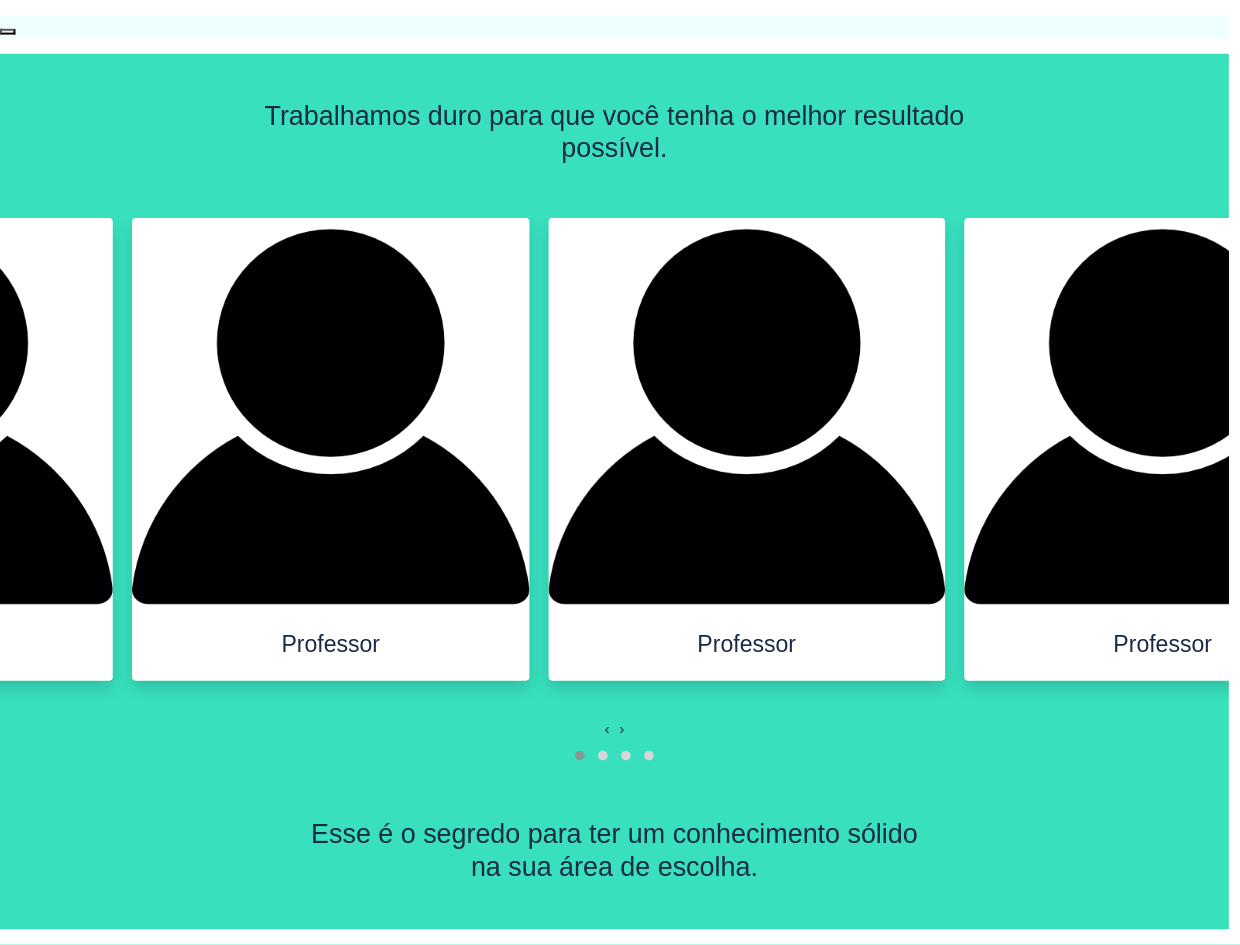
Repository: MarTech-Coders-Planejamento/site-oficial
Page: home.html
The author's editor kept a copy of each file at every save. The page is drawn from the files as they stood at one save, then again after the next save.
The browser window is 1280 px wide. The page is 1292 px wide, so the pictures cover 1292 px, including what lies to the right of the window. The pictures show the whole page, at 96% of full size.
Some web fonts or font styles are not loaded; a fallback is used.

Above is the page before, as saved 2021-10-23 00:44:35.

### home.html
<!DOCTYPE html>
<html lang="pt-BR">
  <head>
    <meta charset="UTF-8" />
    <meta http-equiv="X-UA-Compatible" content="IE=edge" />
    <meta name="viewport" content="width=device-width, initial-scale=1.0" />
    <!--Fonts Google-->
    <link
      href="https://fonts.googleapis.com/css2?family=Tomorrow:wght@300;400;700&display=swap"
      rel="stylesheet"
    />

    <!-- Bootstrap CSS -->
    <link
      href="https://cdn.jsdelivr.net/npm/bootstrap@5.1.2/dist/css/bootstrap.min.css"
      rel="stylesheet"
      integrity="sha384-uWxY/CJNBR+1zjPWmfnSnVxwRheevXITnMqoEIeG1LJrdI0GlVs/9cVSyPYXdcSF"
      crossorigin="anonymous"
    />

    <!-- Styles -->
    <link rel="stylesheet" href="./css/home.css" />
    <link
      rel="stylesheet"
      href="https://cdnjs.cloudflare.com/ajax/libs/OwlCarousel2/2.3.4/assets/owl.carousel.min.css"
      integrity="sha512-tS3S5qG0BlhnQROyJXvNjeEM4UpMXHrQfTGmbQ1gKmelCxlSEBUaxhRBj/EFTzpbP4RVSrpEikbmdJobCvhE3g=="
      crossorigin="anonymous"
    />
    <link
      rel="stylesheet"
      href="https://cdnjs.cloudflare.com/ajax/libs/OwlCarousel2/2.3.4/assets/owl.theme.default.min.css"
      integrity="sha512-sMXtMNL1zRzolHYKEujM2AqCLUR9F2C4/05cdbxjjLSRvMQIciEPCQZo++nk7go3BtSuK9kfa/s+a4f4i5pLkw=="
      crossorigin="anonymous"
    />

    <title>Home</title>
  </head>
  <body>
    <div class="container-fluid">
      <!--cabeçalho fluido-->
      <header>
        <nav></nav>
      </header>
      <main>
        <section class="bg-one">
          <!--dobra1-->
          <article>
            <header></header>
            <h1></h1>
            <p></p>
            <figure></figure>
            <button></button>
          </article>
        </section>
        <section class="bg-two">
          <!--dobra2-->
          <article>
            <h2></h2>
            <p></p>
            <figure></figure>
          </article>
        </section>
        <section class="bg-one">
          <!--dobra3-->
          <article>
            <header></header>
            <p></p>
            <figure></figure>
          </article>
        </section>
        <section class="bg-two">
          <!--dobra4-->
          <p class='h3 p-5 text-center'>
            Trabalhamos duro para que você tenha o melhor resultado <br> possível.
          </p>
          <div class="row justify-content-center">
            <div id='slider-container' class="col">
              <div class="owl-carousel owl-theme">
                <div class="item mb-4">
                  <div class="card border-0 shadow">
                    <img src="/image/person.png" alt="" class="card-img-top img-fluid" />
                    <div class="card-body">
                      <div class="card-title text-center">
                        <h4>Professor</h4>
                      </div>
                    </div>
                  </div>
                </div>

                <div class="item">
                  <div class="card border-0 shadow">
                    <img src="/image/person.png" alt="" class="card-img-top img-fluid" />
                    <div class="card-body">
                      <div class="card-title text-center">
                        <h4>Professor</h4>
                      </div>
                    </div>
                  </div>
                </div>
                <div class="item">
                  <div class="card border-0 shadow">
                    <img src="/image/person.png" alt="" class="card-img-top img-fluid" />
                    <div class="card-body">
                      <div class="card-title text-center">
                        <h4>Professor</h4>
                      </div>
                    </div>
                  </div>
                </div>
                <div class="item">
                  <div class="card border-0 shadow">
                    <img src="/image/person.png" alt="" class="card-img-top img-fluid" />
                    <div class="card-body">
                      <div class="card-title text-center">
                        <h4>Professor</h4>
                      </div>
                    </div>
                  </div>
                </div>
                <div class="item">
                  <div class="card border-0 shadow">
                    <img src="/image/person.png" alt="" class="card-img-top img-fluid" />
                    <div class="card-body">
                      <div class="card-title text-center">
                        <h4>Professor</h4>
                      </div>
                    </div>
                  </div>
                </div>
                <div class="item">
                  <div class="card border-0 shadow">
                    <img src="/image/person.png" alt="" class="card-img-top img-fluid" />
                    <div class="card-body">
                      <div class="card-title text-center">
                        <h4>Professor</h4>
                      </div>
                    </div>
                  </div>
                </div>
                <div class="item">
                  <div class="card border-0 shadow">
                    <img src="/image/person.png" alt="" class="card-img-top img-fluid" />
                    <div class="card-body">
                      <div class="card-title text-center">
                        <h4>Professor</h4>
                      </div>
                    </div>
                  </div>
                </div>
                <div class="item">
                  <div class="card border-0 shadow">
                    <img src="/image/person.png" alt="" class="card-img-top img-fluid" />
                    <div class="card-body">
                      <div class="card-title text-center">
                        <h4>Professor</h4>
                      </div>
                    </div>
                  </div>
                </div>
                <div class="item">
                  <div class="card border-0 shadow">
                    <img src="/image/person.png" alt="" class="card-img-top img-fluid" />
                    <div class="card-body">
                      <div class="card-title text-center">
                        <h4>Professor</h4>
                      </div>
                    </div>
                  </div>
                </div>
                <div class="item">
                  <div class="card border-0 shadow">
                    <img src="/image/person.png" alt="" class="card-img-top img-fluid" />
                    <div class="card-body">
                      <div class="card-title text-center">
                        <h4>Professor</h4>
                      </div>
                    </div>
                  </div>
                </div>
                <div class="item">
                  <div class="card border-0 shadow">
                    <img src="/image/person.png" alt="" class="card-img-top img-fluid" />
                    <div class="card-body">
                      <div class="card-title text-center">
                        <h4>Professor</h4>
                      </div>
                    </div>
                  </div>
                </div>
                <div class="item">
                  <div class="card border-0 shadow">
                    <img src="/image/person.png" alt="" class="card-img-top img-fluid" />
                    <div class="card-body">
                      <div class="card-title text-center">
                        <h4>Professor</h4>
                      </div>
                    </div>
                  </div>
                </div>
              </div>
            </div>
          </div>
          <p class='h3 p-5 text-center'>
            Esse é o segredo para ter um conhecimento sólido <br> na sua área de
            escolha.
          </p>
        </section>
      </main>

      <footer class="bg-one">
        <!--footer-->
        <article></article>
        <p></p>
      </footer>
    </div>

    <!-- Owl Carousel -->

    <script src="https://cdnjs.cloudflare.com/ajax/libs/jquery/3.6.0/jquery.min.js"></script>

    <!-- Bootstrap Bundle javascript -->
    <script
      src="https://cdn.jsdelivr.net/npm/bootstrap@5.1.2/dist/js/bootstrap.bundle.min.js"
      integrity="sha384-kQtW33rZJAHjgefvhyyzcGF3C5TFyBQBA13V1RKPf4uH+bwyzQxZ6CmMZHmNBEfJ"
      crossorigin="anonymous"
    ></script>

    <!-- Owl Carousel -->

    <script
      src="https://cdnjs.cloudflare.com/ajax/libs/OwlCarousel2/2.3.4/owl.carousel.min.js"
      integrity="sha512-bPs7Ae6pVvhOSiIcyUClR7/q2OAsRiovw4vAkX+zJbw3ShAeeqezq50RIIcIURq7Oa20rW2n2q+fyXBNcU9lrw=="
      crossorigin="anonymous"
    ></script>

    <!-- Slider -->

    <script>
      $(".owl-carousel").owlCarousel({
        loop: true,
        autoplay: true,
        margin: 20,
        animateOut: "fadeOut",
        animateIn: "fadeIn",
        nav: true,
        autoplayHoverPause: true,
        responsive: {
          0: {
            items: 1,
            nav:false
          },
          600: {
            items: 2,
            nav:false,
          },
          1000: {
            items: 3,
            nav: true,
            loop: false
          },
        },
      });
    </script>
  </body>
</html>

### css/home.css
:root {
  --bg: #effffe;
  --bg2: #38e0be;
  --texto: #1a2b46;
}
* {
  font-family: "Tomorrow", sans-serif;
}

.container-fluid {
  padding-right: 0;
  padding-left: 0;
  margin-right: auto;
  margin-left: auto;
}

.bg-one {
  background-color: var(--bg);
  color: var(--texto);
}
.bg-two {
  background-color: var(--bg2);
  color: var(--texto);
}

/* Slider Container*/

.card-img-top img{
  width: 300px;
}

.owl-stage{
  padding: 0 !important;
}

After the next save:
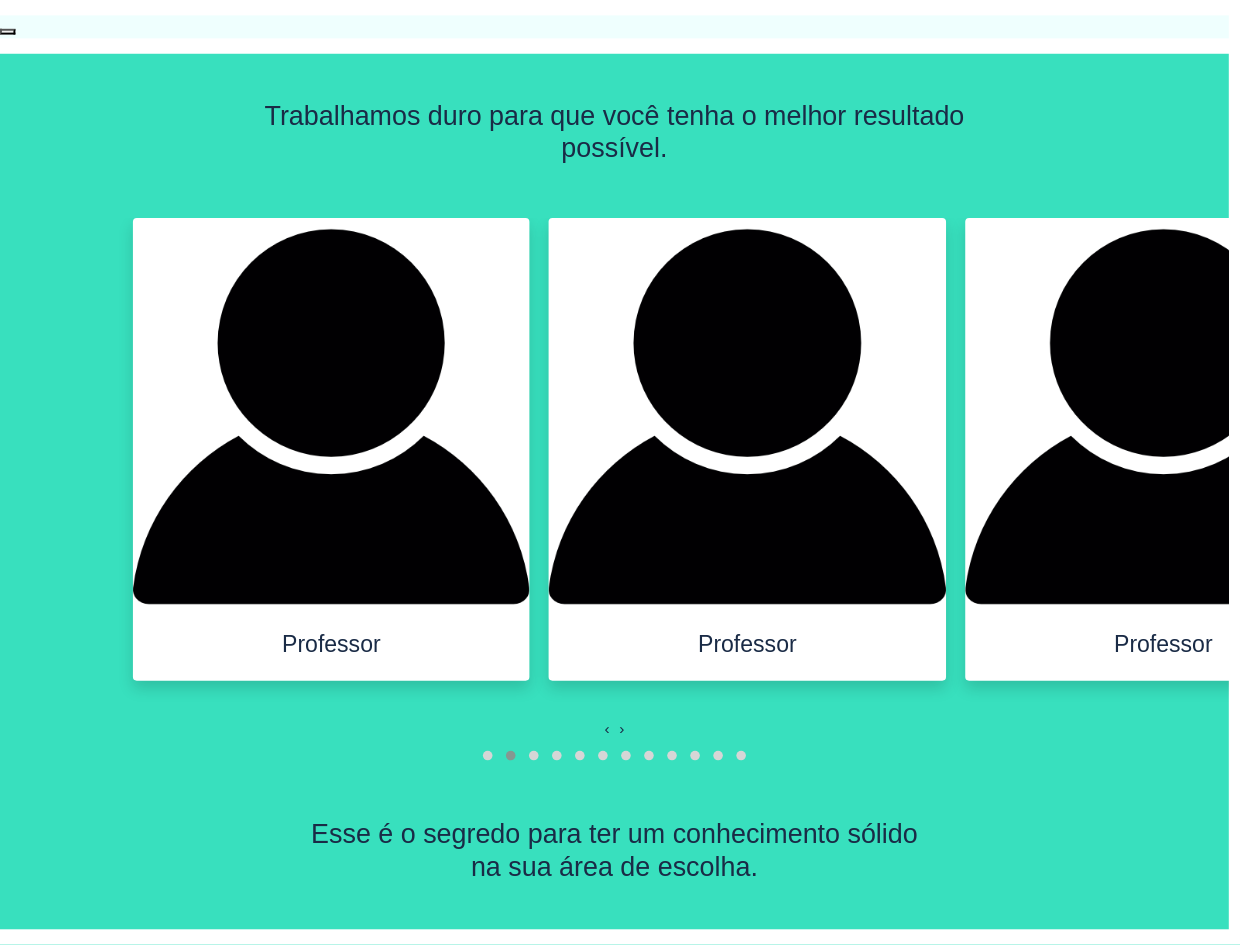
Saved 2 min 29 s later.
--- a/home.html
+++ b/home.html
@@ -244,6 +244,7 @@
         animateIn: "fadeIn",
         nav: true,
         autoplayHoverPause: true,
+        center: true,
         responsive: {
           0: {
             items: 1,

After the save that followed:
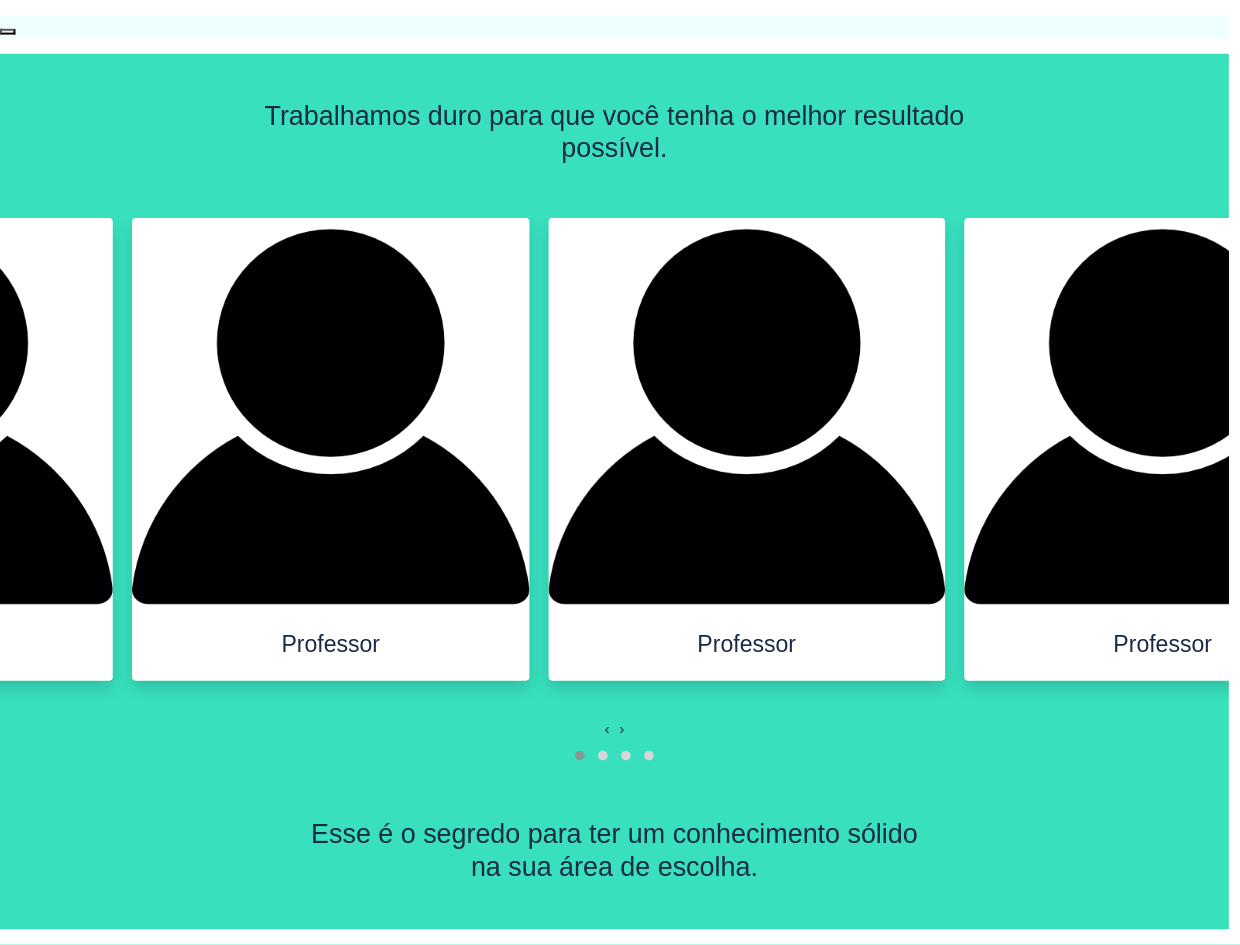
Saved 10 s later.
--- a/home.html
+++ b/home.html
@@ -244,7 +244,6 @@
         animateIn: "fadeIn",
         nav: true,
         autoplayHoverPause: true,
-        center: true,
         responsive: {
           0: {
             items: 1,
